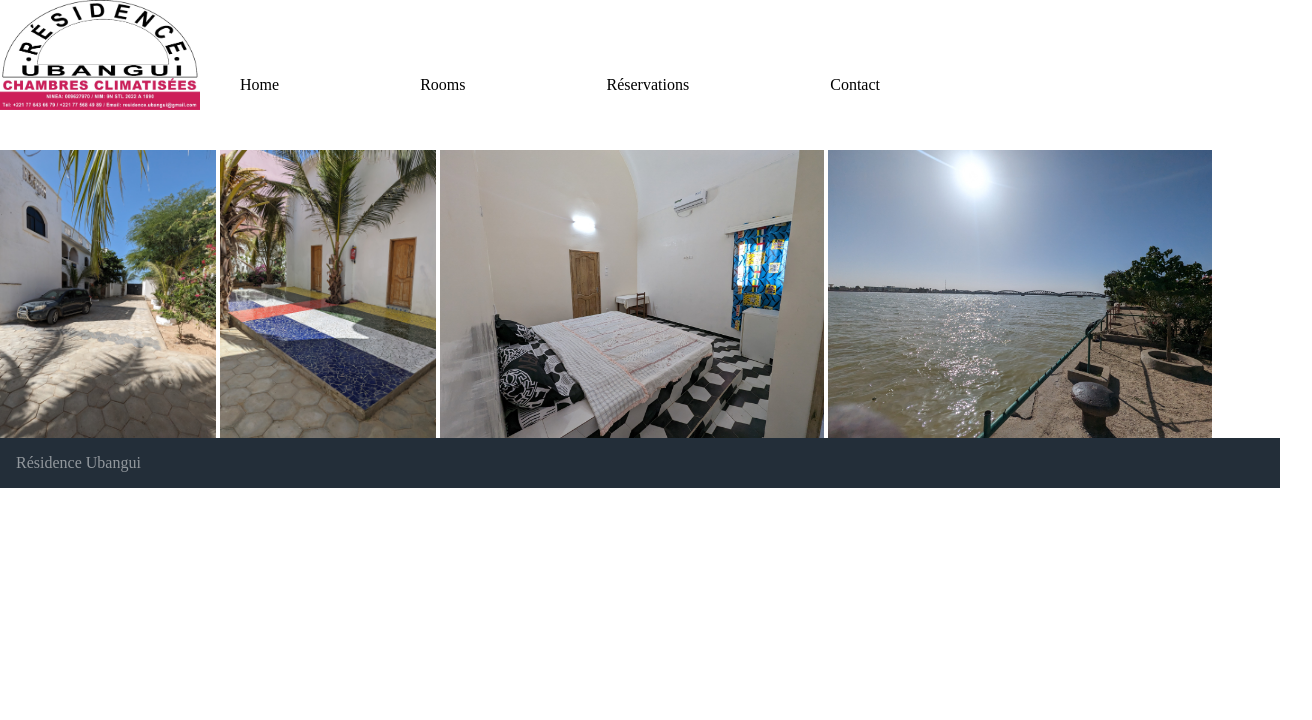
Repository: Nedjim/ubangui
Page: /home
The author's editor kept a copy of each file at every save. The page is drawn from the files as they stood at one save, then again after the next save.
The browser window is 1280 px wide. The page is 1280 px wide, then 1312 px, so the pictures cover 1312 px, including what lies to the right of the window. The pictures show the whole page.
The project was rebuilt for these pictures with package versions that can differ from the ones it lists, and the page was loaded fresh each time. The framework's server and built-in components were replaced by stand-ins that run in the browser. Also part of the build but not shown: nuxt.config.ts, components/PageTitle.vue, components/Test.vue.

Above is the page before, as saved 2024-01-11 20:19:04.

### components/Carousel.vue
<template>
     <div class="carousel">
      <img src="~/assets/img/home-1.jpg" alt="home-1" />
      <img src="~/assets/img/home-2.jpg" alt="home-2" />
      <img src="~/assets/img/room-1.jpg" alt="room-1" />
      <img src="~/assets/img/landscape.jpg" alt="landscape" />
    </div>
</template>


<style scoped lang="scss">
.carousel {
  display: flex;
  overflow: hidden;
  height: 40vh;
  gap: 4px;
}
</style>

### components/Footer.vue
<template>
  <footer>Résidence Ubangui</footer>
</template>

<style>
footer {
  padding: 16px;
  background: #232e39;
  color: rgba(255,255,255,.5);
}
</style>

### components/Header.vue
<template>
  <header class="test">
    <nav>
      <img class="logo" src="~/assets/img/logo.jpg" alt="logo-ubangui" />
      <ul>
        <li><NuxtLink to="/home">Home</NuxtLink></li>
        <li><NuxtLink to="/rooms">Rooms</NuxtLink></li>
        <li><NuxtLink to="/reservations">Réservations</NuxtLink></li>
        <li><NuxtLink to="/contact">Contact</NuxtLink></li>
      </ul>
    </nav>
  </header>
</template>

<style scoped lang="scss">
.logo {
  width: 200px;
}

nav {
  display: flex;
  margin-bottom: 40px;
  ul {
    width: 50%;
    display: flex;
    justify-content: space-between;
    align-items: flex-end;
    li {
      list-style-type: none;
      a {
        text-decoration: none;
        color: black;
      }
    }
  }
}
</style>

### app.vue
<script setup lang="ts">
useHead({
  title: "Ubangui",
  meta: [{ name: "Residence Ubangui", content: "Sénégal" }],
  bodyAttrs: {
    class: "test",
  },
  script: [{ innerHTML: "console.log('Hello world')" }],
});
</script>
<template>
  <div>
    <Header />
    <NuxtPage />
    <Footer />
  </div>
</template>

<style lang="scss">
body {
  margin: 0;
}
</style>

### pages/home.vue
<template>
    <div>
      <Carousel />
    </div>
  </template>

After the next save:
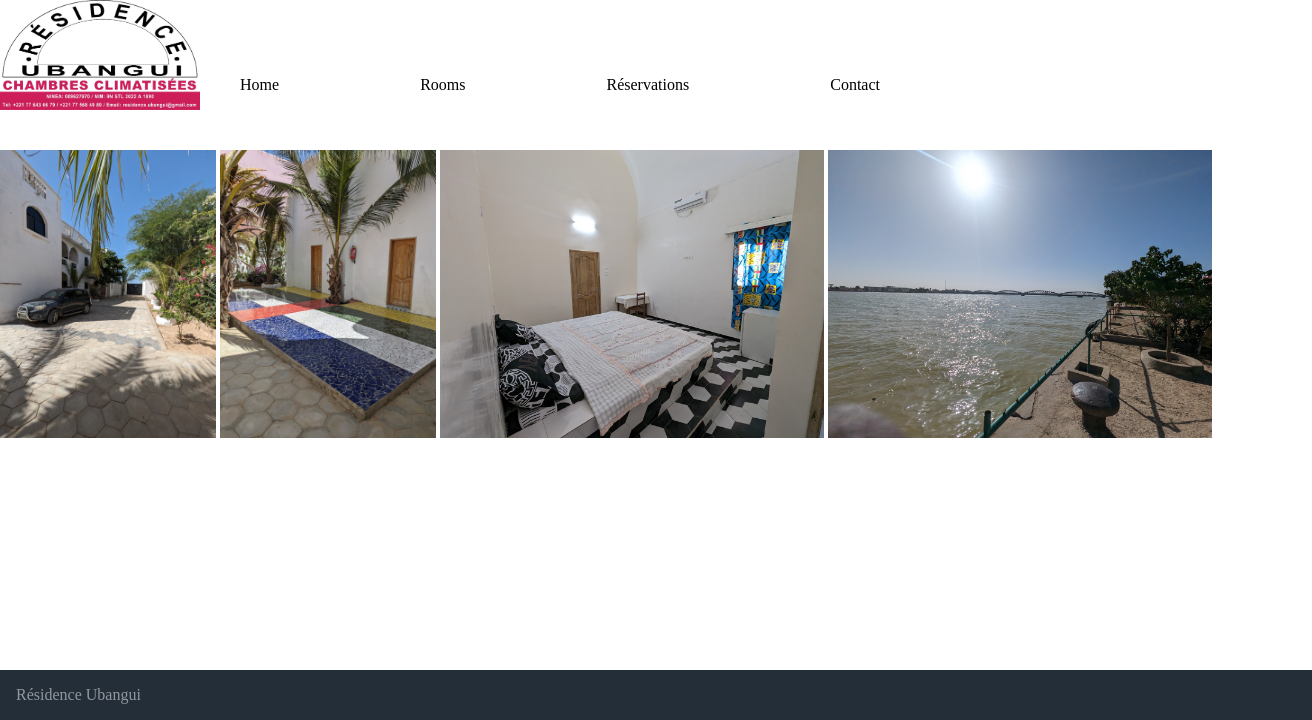
Saved 87 s later.
--- a/components/Footer.vue
+++ b/components/Footer.vue
@@ -2,10 +2,14 @@
   <footer>Résidence Ubangui</footer>
 </template>
 
-<style>
+<style  scoped lang="scss">
 footer {
   padding: 16px;
   background: #232e39;
   color: rgba(255,255,255,.5);
+
+  position: absolute;
+  width: 100%;
+  bottom: 0;
 }
 </style>
